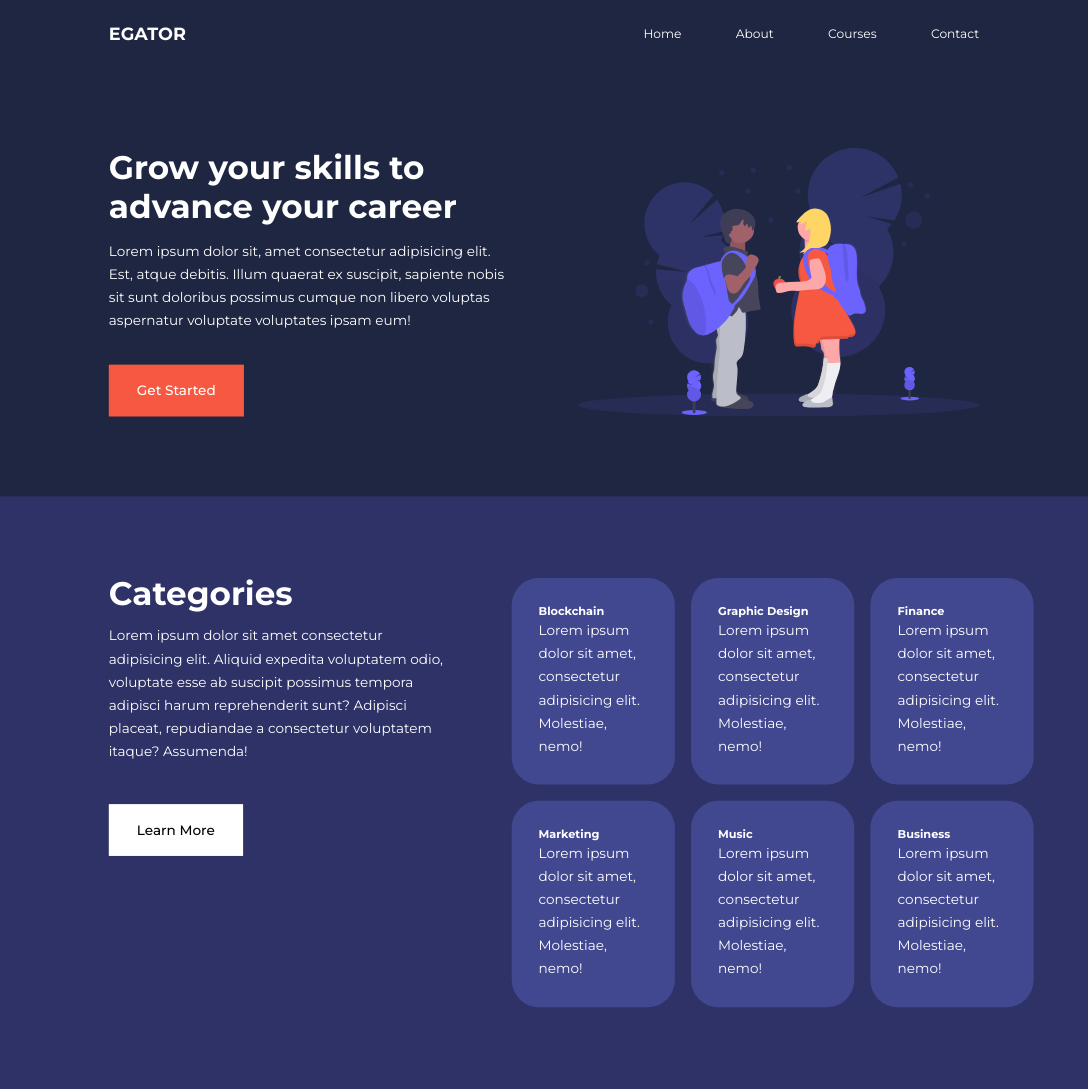
Repository: QUANGTHAI2003/education-web
Page: index.html
These files come from the project's save history. The page is drawn as it stood at one moment and after the next save; the edit follows.
The browser window is 1280 px wide. The pictures show the whole page, at 85% of full size.
The pointer rests on the first visible `.category`.
Some icons come from a web library that is not loaded, so they are not drawn.

Above is the page before, as saved 2022-03-11 11:52:33.

### index.html
<!DOCTYPE html>
<html lang="en">
    <head>
        <meta charset="UTF-8" />
        <meta http-equiv="X-UA-Compatible" content="IE=edge" />
        <meta name="viewport" content="width=device-width, initial-scale=1.0" />
        <title>Responsive Multipage Education</title>
        <!-- ICONSCOUT CDN -->
        <link
            rel="stylesheet"
            href="https://unicons.iconscout.com/release/v2.1.6/css/unicons.css"
        />
        <!-- GOOGLE FONTS -->
        <link rel="preconnect" href="https://fonts.googleapis.com" />
        <link rel="preconnect" href="https://fonts.gstatic.com" crossorigin />
        <link
            href="https://fonts.googleapis.com/css2?family=Montserrat:wght@300;400;500;600;700;800;900&family=Poppins:wght@300;400;600&display=swap"
            rel="stylesheet"
        />

        <link rel="stylesheet" href="./css/style.css" />
    </head>
    <body>
        <nav>
            <div class="container nav__container">
                <a href="index.html">
                    <h4>EGATOR</h4>
                </a>
                <ul class="nav__menu">
                    <li><a href="index.html">Home</a></li>
                    <li><a href="about.html">About</a></li>
                    <li><a href="courses.html">Courses</a></li>
                    <li><a href="contact.html">Contact</a></li>
                </ul>
                <button id="open-menu-btn">
                    <i class="uil uil-bars"></i>
                </button>
                <button id="close-menu-btn">
                    <i class="uil uil-multiply"></i>
                </button>
            </div>
        </nav>
        <!-- END OF NAVBAR -->
        <header>
            <div class="container header__container">
                <div class="header__left">
                    <h1>Grow your skills to advance your career</h1>
                    <p>
                        Lorem ipsum dolor sit, amet consectetur adipisicing elit. Est, atque
                        debitis. Illum quaerat ex suscipit, sapiente nobis sit sunt doloribus
                        possimus cumque non libero voluptas aspernatur voluptate voluptates ipsam
                        eum!
                    </p>
                    <a href="courses.html" class="btn btn-primary">Get Started</a>
                </div>
                <div class="header__right">
                    <div class="header__right-image">
                        <img src="./images/header.svg" />
                    </div>
                </div>
            </div>
        </header>
        <!-- END OF HEADER -->
        <section class="categories">
            <div class="container categories__container">
                <div class="categories__left">
                    <h1>Categories</h1>
                    <p>
                        Lorem ipsum dolor sit amet consectetur adipisicing elit. Aliquid expedita
                        voluptatem odio, voluptate esse ab suscipit possimus tempora adipisci harum
                        reprehenderit sunt? Adipisci placeat, repudiandae a consectetur voluptatem
                        itaque? Assumenda!
                    </p>
                    <a href="#" class="btn">Learn More</a>
                </div>
                <div class="categories__right">
                    <article class="category">
                        <span class="category__icon">
                            <i class="uil uil-bitcoin-circle"></i>
                        </span>
                        <h5>Blockchain</h5>
                        <p>
                            Lorem ipsum dolor sit amet, consectetur adipisicing elit. Molestiae,
                            nemo!
                        </p>
                    </article>
                    <article class="category">
                        <span class="category__icon">
                            <i class="uil uil-palette"></i>
                        </span>
                        <h5>Graphic Design</h5>
                        <p>
                            Lorem ipsum dolor sit amet, consectetur adipisicing elit. Molestiae,
                            nemo!
                        </p>
                    </article>
                    <article class="category">
                        <span class="category__icon">
                            <i class="uil uil-usd-circle"></i>
                        </span>
                        <h5>Finance</h5>
                        <p>
                            Lorem ipsum dolor sit amet, consectetur adipisicing elit. Molestiae,
                            nemo!
                        </p>
                    </article>
                    <article class="category">
                        <span class="category__icon">
                            <i class="uil uil-megaphone"></i>
                        </span>
                        <h5>Marketing</h5>
                        <p>
                            Lorem ipsum dolor sit amet, consectetur adipisicing elit. Molestiae,
                            nemo!
                        </p>
                    </article>
                    <article class="category">
                        <span class="category__icon">
                            <i class="uil uil-music"></i>
                        </span>
                        <h5>Music</h5>
                        <p>
                            Lorem ipsum dolor sit amet, consectetur adipisicing elit. Molestiae,
                            nemo!
                        </p>
                    </article>
                    <article class="category">
                        <span class="category__icon">
                            <i class="uil uil-puzzle-piece"></i>
                        </span>
                        <h5>Business</h5>
                        <p>
                            Lorem ipsum dolor sit amet, consectetur adipisicing elit. Molestiae,
                            nemo!
                        </p>
                    </article>
                </div>
            </div>
        </section>
    </body>
</html>

### css/style.css
* {
    margin: 0;
    padding: 0;
    border: 0;
    outline: 0;
    text-decoration: none;
    list-style: none;
    box-sizing: border-box;
}

:root {
    --color-primary: #6c63ff;
    --color-success: #00bf8e;
    --color-warning: #f7c94b;
    --color-danger: #f75842;
    --color-danger-variant: rgba(247, 88, 66, 0.4);
    --color-white: #fff;
    --color-light: rgba(255, 255, 255, 0.7);
    --color-black: #000;
    --color-bg: #1f2641;
    --color-bg1: #2e3267;
    --color-bg2: #424890;

    --container-width-lg: 80%;
    --container-width-md: 90%;
    --container-width-sm: 94%;

    --transition: all 400ms ease;
}

body {
    font-family: 'Montserrat', sans-serif;
    line-height: 1.7;
    color: var(--color-white);
    background: var(--color-bg);
}

.container {
    width: var(--container-width-lg);
    margin: 0 auto;
}

section {
    padding: 6rem 0;
}

section h2 {
    text-align: center;
    margin-bottom: 4rem;
}

h1,
h2,
h3,
h4,
h5 {
    line-height: 1.2;
}

h1 {
    font-size: 2.4rem;
}

h2 {
    font-size: 2rem;
}

h3 {
    font-size: 1.3rem;
}

h4 {
    font-size: 1.3rem;
}

a {
    color: var(--color-white);
}

img {
    width: 100%;
    display: block;
    object-fit: cover;
}

.btn {
    display: inline-block;
    background: var(--color-white);
    color: var(--color-black);
    padding: 1rem 2rem;
    border: 1px solid transparent;
    font-weight: 500;
    transition: var(--transition);
}

.btn:hover {
    background: transparent;
    color: var(--color-white);
    border-color: var(--color-white);
}

.btn-primary {
    background: var(--color-danger);
    color: var(--color-white);
}

/* ================= NAVBAR =================*/
nav {
    background: transparent;
    width: 100vw;
    height: 5rem;
    position: fixed;
    top: 0;
    z-index: 11;
}

.nav__container {
    height: 100%;
    display: flex;
    justify-content: space-between;
    align-items: center;
}

nav button {
    display: none;
}

.nav__menu {
    display: flex;
    align-items: center;
    gap: 4rem;
}

.nav__menu a {
    font-size: 0.9rem;
    transition: var(--transition);
}

.nav__menu a:hover {
    color: var(--color-bg2);
}

/* ================= HEADER =================*/
header {
    position: relative;
    top: 5rem;
    overflow: hidden;
    height: 70vh;
    margin-bottom: 5rem;
}

.header__container {
    display: grid;
    grid-template-columns: repeat(2, 1fr);
    align-items: center;
    gap: 5rem;
    height: 100%;
}

.header__left p {
    margin: 1rem 0 2.4rem;
}

/* ================= CATEGORIES =================*/
.categories {
    background: var(--color-bg1);
}

.categories h1 {
    line-height: 1;
}

.categories__container {
    display: grid;
    grid-template-columns: 40% 60%;
    gap: 4rem;
}

.categories__left p {
    margin: 1rem 0 3rem;
}

.categories__right {
    display: grid;
    grid-template-columns: repeat(3, 1fr);
    gap: 1.2rem;
}

.category {
    background: var(--color-bg2);
    padding: 2rem;
    border-radius: 2rem;
    transition: var(--transition);
}

After the next save:
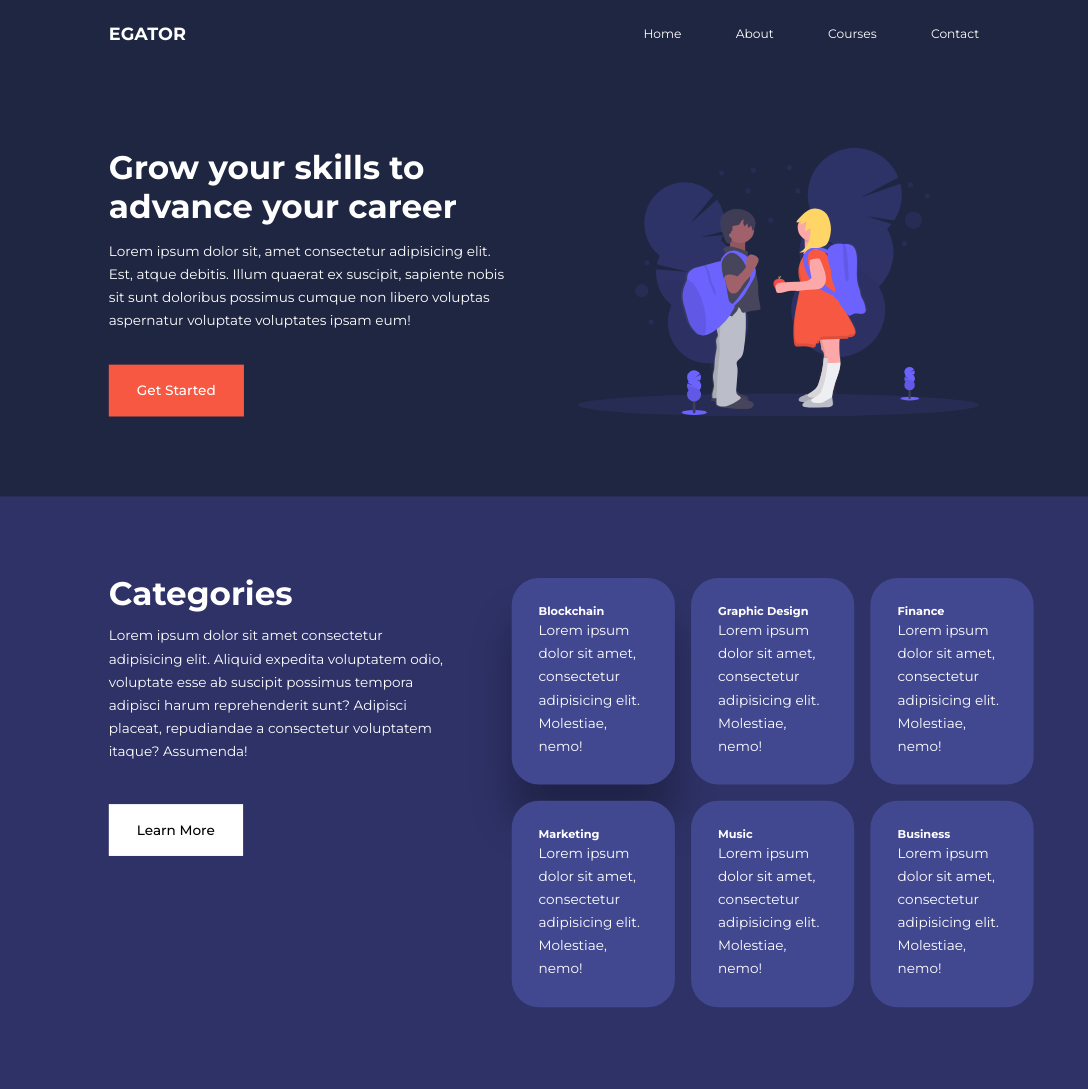
Saved 49 s later.
--- a/css/style.css
+++ b/css/style.css
@@ -192,3 +192,7 @@ header {
     border-radius: 2rem;
     transition: var(--transition);
 }
+
+.category:hover {
+    box-shadow: 0 3rem 3rem rgba(0, 0, 0, 0.3);
+}
